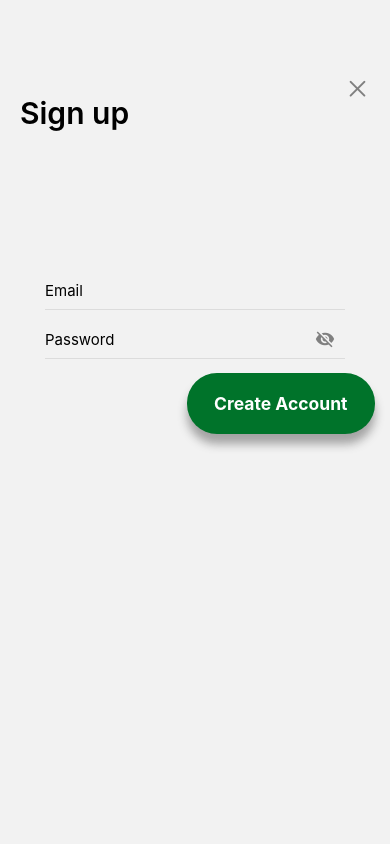
Repository: swholtzman/ReactNative-AWS-Tutorial
Screen: /JoinNow
The author's editor kept a copy of each file at every save. The screen is drawn from the files as they stood at one save, then again after a run of saves.
The app was drawn by React Native's web renderer in a window 390 px wide. The project was rebuilt for these pictures with package versions that can differ from the ones it lists, and the page was loaded fresh each time. Also part of the build but not shown: screens/SignIn.js, screens/Main.js.

Above is the screen before, as saved 2024-04-06 16:26:36.

### App.js
import * as React from "react";

import { NavigationContainer } from "@react-navigation/native";
import { createNativeStackNavigator } from "@react-navigation/native-stack";
import { FormProvider, useForm } from 'react-hook-form';

import Landing from "./screens/Landing";
import SignIn from "./screens/SignIn";
import JoinNow from "./screens/JoinNow";
import Main from "./screens/Main";

const Stack = createNativeStackNavigator();

export default function App() {
  const methods = useForm(); // Initialize form methods

  return (
    <FormProvider {...methods}>
      <NavigationContainer>
        <Stack.Navigator
          initialRouteName="Landing"
          screenOptions={{ headerShown: false }}
        >
          <Stack.Screen name="Landing" component={Landing} />
          <Stack.Screen name="SignIn" component={SignIn} />
          <Stack.Screen name="JoinNow" component={JoinNow} />
          <Stack.Screen name="Main" component={Main} />
        </Stack.Navigator>
      </NavigationContainer>
    </FormProvider>
  );
}

### screens/Landing.js
import React from 'react';

import { StyleSheet, View, Text } from 'react-native';

import Header from "../components/header";
import SubmitButton from "../components/submissionButton";

import { useNavigation } from '@react-navigation/native';

export default function Landing() {

  const navigation = useNavigation();

  return (
    <View>
      <View>
        <Header />
      </View>

      <View>
        <SubmitButton style={styles.buttonContainer}
          title={"Join now"}
          functionHandler={() => navigation.push('JoinNow')}
        >

        </SubmitButton>
      </View>
    </View>
  );
}

const styles = StyleSheet.create({
    buttonContainer: {
      position: "absolute",
      bottom: 50,
      right: 15,
    },
});

### screens/JoinNow.js
// JoinNow.js

import React, { useState } from "react";

import { StyleSheet, View, Text } from "react-native";
import { useForm } from "react-hook-form";
import { useNavigation } from "@react-navigation/native";
import { AntDesign } from "@expo/vector-icons";

import Button from "../components/submissionButton";
import EmailInput from "../components/emailInput";
import PasswordInput from "../components/passwordInput";


import config from "../config";

export default function JoinNow() {
  const { control, handleSubmit } = useForm();
  const navigation = useNavigation();


  const onSubmit = async (data) => {
    console.log("Form Data:", data);
    try {
      const response = await fetch(`${config.apiEndpoint}/users/create`, {
        method: 'POST',
        headers: {
          'Content-Type': 'application/json',
        },
        body: JSON.stringify(data),
      });

      if (!response.ok) {
        throw new Error('Failed in JoinNow.java file');
      }

      const responseData = await response.json();
      console.log("User created successfully:", responseData);

      // Navigate to main page or show success message
      navigation.navigate('Main');
    } catch (error) {
      console.error("Error creating user:", error);
      // Handle error (show error message)
    }
  };

  return (
  <View style={styles.background}>
      <View style={styles.container}>
        <AntDesign
          name="close"
          size={25}
          color="grey"
          style={styles.iconButton}
          onPress={() => navigation.navigate("Landing")}
        />
        <Text style={styles.header}>Sign up</Text>

        {/* SECURITY SECTION BEGINS */}
        <View style={styles.inputContainer}>
          <EmailInput control={control} name="email" title="Email" />
          <PasswordInput
            control={control}
            name="password"
            title="Password"
            mainIcon={"visibility-off"}
            secondaryIcon={"visibility"}
          />
        </View>

        {/* SECURITY SECTION ENDS */}


        {/* GREEN SUBMISSION BUTTON BEGINS */}
        <View style={styles.buttonContainer}>
          <Button
            title="Create Account"
            functionHandler={handleSubmit(onSubmit)}
          />
        </View>
        {/* GREEN SUBMISSION BUTTON ENDS */}

        {/* TERMS SECTION ENDS */}
      </View>
  </View>
  );
}

const styles = StyleSheet.create({
    container: {
        width: "100%",
        height: "100%",
        marginTop: 75,
        padding: 20,
      },
      header: {
        fontSize: 30,
        fontWeight: "600",
        paddingBottom: 10,
      },
      inputContainer: {
        padding: 25,
        marginTop: 100,
      },
      inputLine: {},
      forgettableContainer: {
        padding: 25,
        paddingTop: 30,

        alignItems: "flex-start",
        justifyContent: "space-between",
        width: 200,
        height: 120,
      },
      iconButton: {
        position: "absolute",
        top: 0,
        right: 20,
      },
      buttonContainer: {
        position: "absolute",
        bottom: 50,
        right: 15,
      },
});

### components/header.tsx
import { StyleSheet, View, Text } from "react-native";
import React from "react";
import IconButton from "./iconTextButton";

import { useNavigation } from "@react-navigation/native";

export default function Header() {
  const navigation = useNavigation();

  return (
    <View style={styles.container}>
      {/* header starts */}
      <View style={styles.header}>
        <Text style={styles.headerText}>My New Project</Text>

        <View style={styles.headerButtonContainer}>
          <View style={{ flexDirection: "row" }}>
            <IconButton
              title="Sign in"
              simpleName="login"
              evilName={null}
              functionHandler={() => navigation.navigate("SignIn")}
            />
          </View>
        </View>
      </View>
      {/* header ends */}
    </View>
  );
}

const styles = StyleSheet.create({
  container: {
    // shadowRadius: 2,
    // shadowColor: "black",
    // shadowOpacity: 80,
  },
  header: {
    width: "100%",
    alignItems: "center",
    justifyContent: "center",
    marginTop: "auto",
    paddingTop: 85,
    borderBottomColor: "hsla(0, 0%, 50%, 0.5)",
    borderBottomWidth: 1.5,
  },
  headerText: {
    textAlign: "left",
    color: "#000",
    fontSize: 30,
    fontWeight: "bold",
  },
  headerButtonContainer: {
    flexDirection: "row",
    alignItems: "center",
    justifyContent: "space-between",
    width: "100%", // Changed from "105%" to "100%"
    paddingTop: "7%",
    paddingLeft: 40,
  },
  profileButton: {
    marginRight: -20,
  },
});

### components/submissionButton.tsx
import { StyleSheet, View, Text, Pressable } from 'react-native';
import React from 'react';

export default function GreenButton({ title, functionHandler }) {
  return (
    <View>
      <Pressable
        onPress={ functionHandler }
        style={({ pressed }) => [
          styles.stickyButton,
          pressed && styles.pressedButton,
        ]}>
        {({ pressed }) => (
          <Text style={ styles.boldWhiteText }>
            { pressed ?
              <Text style={ styles.boldGreenText }>{ title }</Text> : title}
          </Text>
        )}
      </Pressable>
    </View>
  );
}

const styles = StyleSheet.create({
    stickyButton: {
      justifyContent: 'center',
      alignItems: 'center',

      borderColor: "none",
      borderRadius: 30,

      paddingHorizontal: 27.5,
      paddingVertical: 20,

      backgroundColor: "hsl(142, 100%, 22.5%)",

      shadowColor: "hsla(0, 0%, 30%, 0.6)",
      shadowRadius: 10,
      shadowOpacity: 0.8,
      shadowOffset: { width: 0, height: 10 },
    },
    pressedButton: {
      justifyContent: 'center',
      alignItems: 'center',

      borderColor: "none",
      borderRadius: 30,

      paddingHorizontal: 25,
      paddingVertical: 20,
      right: "2%",

      backgroundColor: "hsl(142, 100%, 10%)",

      shadowColor: "hsla(0, 0%, 30%, 0.6)",
      shadowRadius: 10,
      shadowOpacity: 0.8,
      shadowOffset: { width: 0, height: 5 },
    },
    boldWhiteText: {
      fontWeight: "bold",
      color: "hsl(0, 0%, 100%)",
      fontSize: 17.5,
    },
    boldGreenText: {
      fontWeight: "bold",
      color: "hsl(142, 100%, 70%)",
      fontSize: 17.5,
    }
  });

### components/emailInput.tsx
// EmailInput.js
import React from "react";
import { StyleSheet, View, TextInput } from "react-native";
import { Controller } from "react-hook-form"; // Import Controller from 'react-hook-form'

export default function EmailInput({ control, name, title }) {
  return (
    <View style={styles.container}>
      <Controller
        control={control}
        name={name}
        rules={{
          required: "Email is required",
          pattern: {
            value: /^[^\s@]+@[^\s@]+\.[^\s@]+$/,
            message: "Please enter a valid email",
          },
        }}
        render={({ field: { onChange, onBlur, value } }) => (
          <View style={styles.inputContainer}>
            <TextInput
              style={styles.input}
              onBlur={onBlur}
              onChangeText={onChange}
              value={value}
              placeholder={title}
              placeholderTextColor="black"
            />
            <View style={styles.underline} />
          </View>
        )}
      />
    </View>
  );
}

const styles = StyleSheet.create({
  container: {
    flexDirection: "row",
    alignItems: "center",
    paddingVertical: 15,
    position: "relative",
  },
  inputContainer: {
    flex: 1,
    paddingRight: 35,
  },
  input: {
    fontSize: 15,
    paddingVertical: 0,
  },
  underline: {
    position: "absolute",
    left: 0,
    right: 0,
    bottom: -10,
    height: 1,
    backgroundColor: "hsla(0, 0%, 50%, 0.2)",
  },
});

### components/passwordInput.tsx
// passwordInput.tsx
import React, { useState } from "react";
import { StyleSheet, View, TextInput, TouchableOpacity } from "react-native";
import { Controller } from "react-hook-form"; // Import Controller from 'react-hook-form'
import { MaterialIcons } from "@expo/vector-icons";

export default function PasswordInput({
  control, // This prop is passed from the parent form component
  name, // The name of the field
  title,
  mainIcon,
  secondaryIcon,
}) {
  const [icon, setIcon] = useState(mainIcon);
  const [secureTextEntry, setSecureTextEntry] = useState(true);

  const toggleSecureEntry = () => {
    setSecureTextEntry(!secureTextEntry);
    setIcon(icon === mainIcon ? secondaryIcon : mainIcon);
  };

  return (
    <View style={styles.container}>
      <Controller
        control={control}
        name={name}
        rules={{
          required: 'Please create a password',
          minLength: {
            value: 10,
            message: 'Password must be at least 10 characters'
          },
          pattern: {
            value: /^(?=.*[0-9])(?=.*[!@#$%^&*])[a-zA-Z0-9!@#$%^&*]{10,}$/,
            message: 'Password must contain a number and a symbol'
          }
        }}
        render={({ field: { onChange, onBlur, value } }) => (
          <View style={styles.inputContainer}>
            <TextInput
              style={styles.input}
              onBlur={onBlur}
              onChangeText={onChange}
              value={value}
              placeholder={title}
              placeholderTextColor="black"
              secureTextEntry={secureTextEntry} // Controlled by state
            />
            <TouchableOpacity style={styles.icon} onPress={toggleSecureEntry}>
              <MaterialIcons name={icon} size={20} color="grey" />
            </TouchableOpacity>
            <View style={styles.underline} />
          </View>
        )}
      />
    </View>
  );
}

const styles = StyleSheet.create({
  container: {
    flexDirection: "row",
    alignItems: "center",
    paddingVertical: 15,
    position: "relative",
  },
  inputContainer: {
    flex: 1,
    paddingRight: 35,
  },
  input: {
    fontSize: 15,
    paddingVertical: 0,
  },
  underline: {
    position: "absolute",
    left: 0,
    right: 0,
    bottom: -10,
    height: 1,
    backgroundColor: "hsla(0, 0%, 50%, 0.2)",
  },
  icon: {
    position: "absolute",
    right: 10,
    bottom: 0,
  },
});

### config.js
//config.js

const config = {
    apiEndpoint: 'https://<YOUR UNIQUE ENDPOINT HERE>',
  };

  export default config;

### components/iconTextButton.tsx
import { StyleSheet, View, Text, TouchableOpacity } from 'react-native';
import React from 'react';
import { SimpleLineIcons } from "@expo/vector-icons";
import { EvilIcons } from "@expo/vector-icons";

export default function Header({ title, simpleName, evilName, functionHandler }) {
    return (
      <View style={styles.container}>

        <TouchableOpacity onPress={functionHandler} style={styles.container}>
          <SimpleLineIcons name={simpleName} size={20} color='grey' style={styles.icon} />
          <EvilIcons name={evilName} size={35} color='grey' style={styles.icon} />
          <Text style={styles.text}>{title}</Text>
        </TouchableOpacity>

      </View>
    );
}

const styles = StyleSheet.create({
    container: {
        flexDirection: 'row',
        justifyContent: "flex-start",
        alignItems: "center",

        width: 100,

        paddingVertical: 5,

      },
      icon: {
        paddingRight: 5,
      },
      text: {
        color: 'black',
        fontSize: 15,
      }
});

After the next 2 saves:
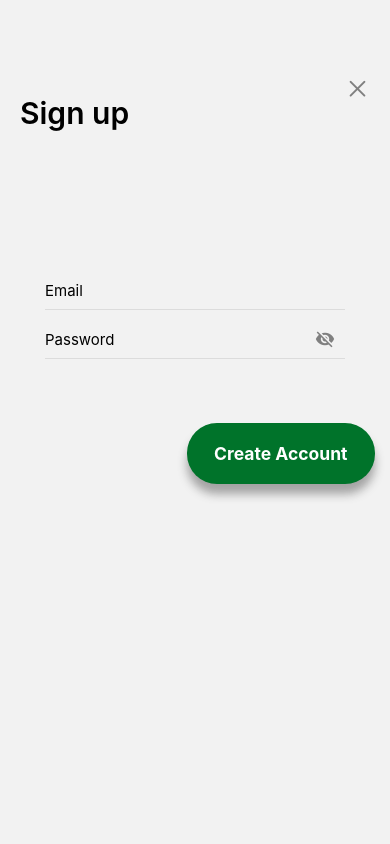
The 2 saves are shown as one change because they came seconds apart.
The last was saved 117 s later.
--- a/screens/JoinNow.js
+++ b/screens/JoinNow.js
@@ -120,7 +120,7 @@ const styles = StyleSheet.create({
       },
       buttonContainer: {
         position: "absolute",
-        bottom: 50,
+        bottom: 0,
         right: 15,
       },
 });
